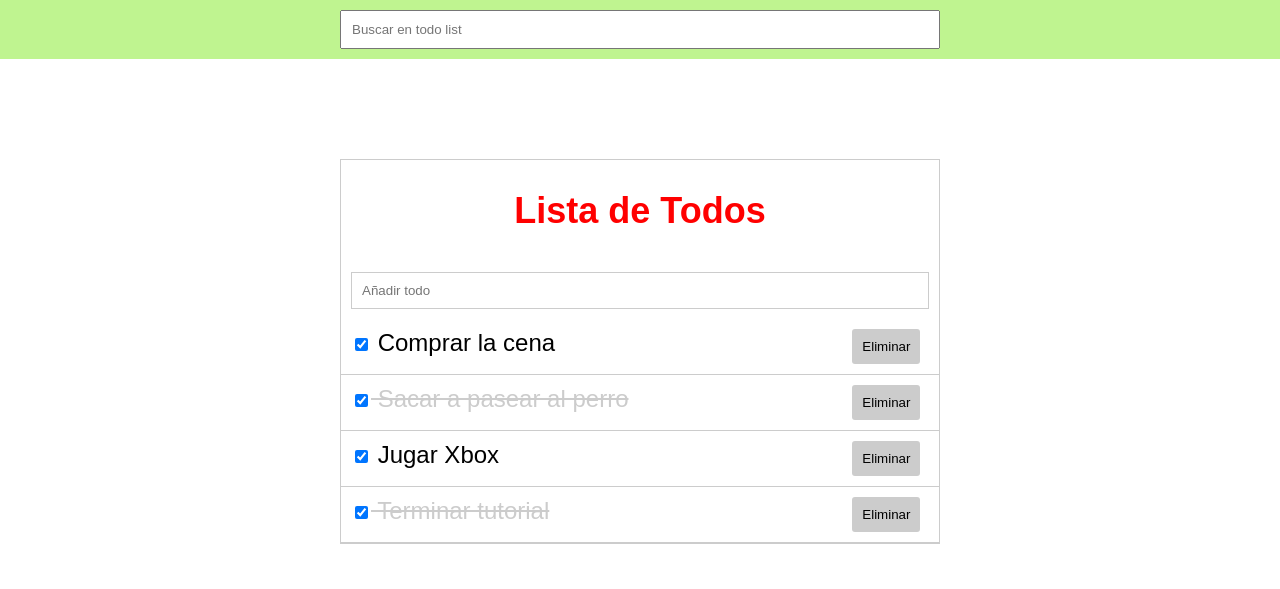
Repository: MauriVaz/Primer-app-con-Vue
Page: /
The author's editor kept a copy of each file at every save. The page is drawn from the files as they stood at one save, then again after the next save.
The browser window is 1280 px wide. The pictures show the whole page.
The project was rebuilt for these pictures with package versions that can differ from the ones it lists, and the page was loaded fresh each time. Also part of the build but not shown: vue.config.js.

Above is the page before, as saved 2022-12-28 22:07:53.

After the next save:
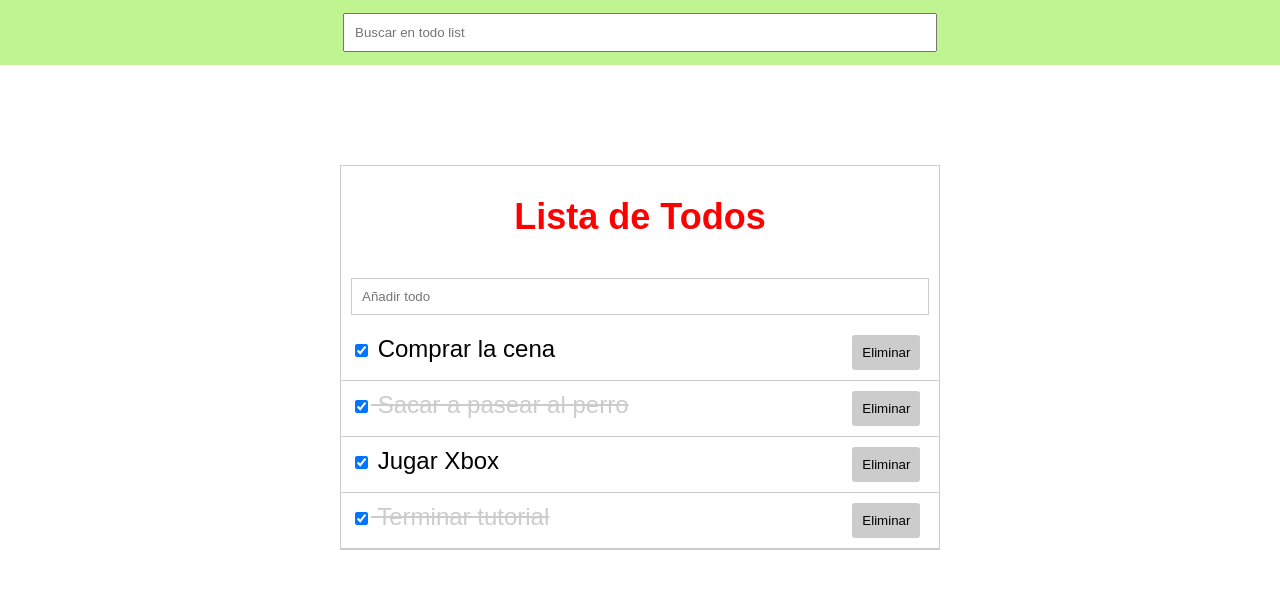
Saved 30 s later.
--- a/src/components/Search.vue
+++ b/src/components/Search.vue
@@ -21,6 +21,7 @@ export default {
     #search-container{
         width: 600px;
         margin: 0 auto;
+        padding: 3px;
     }
 
     input{
